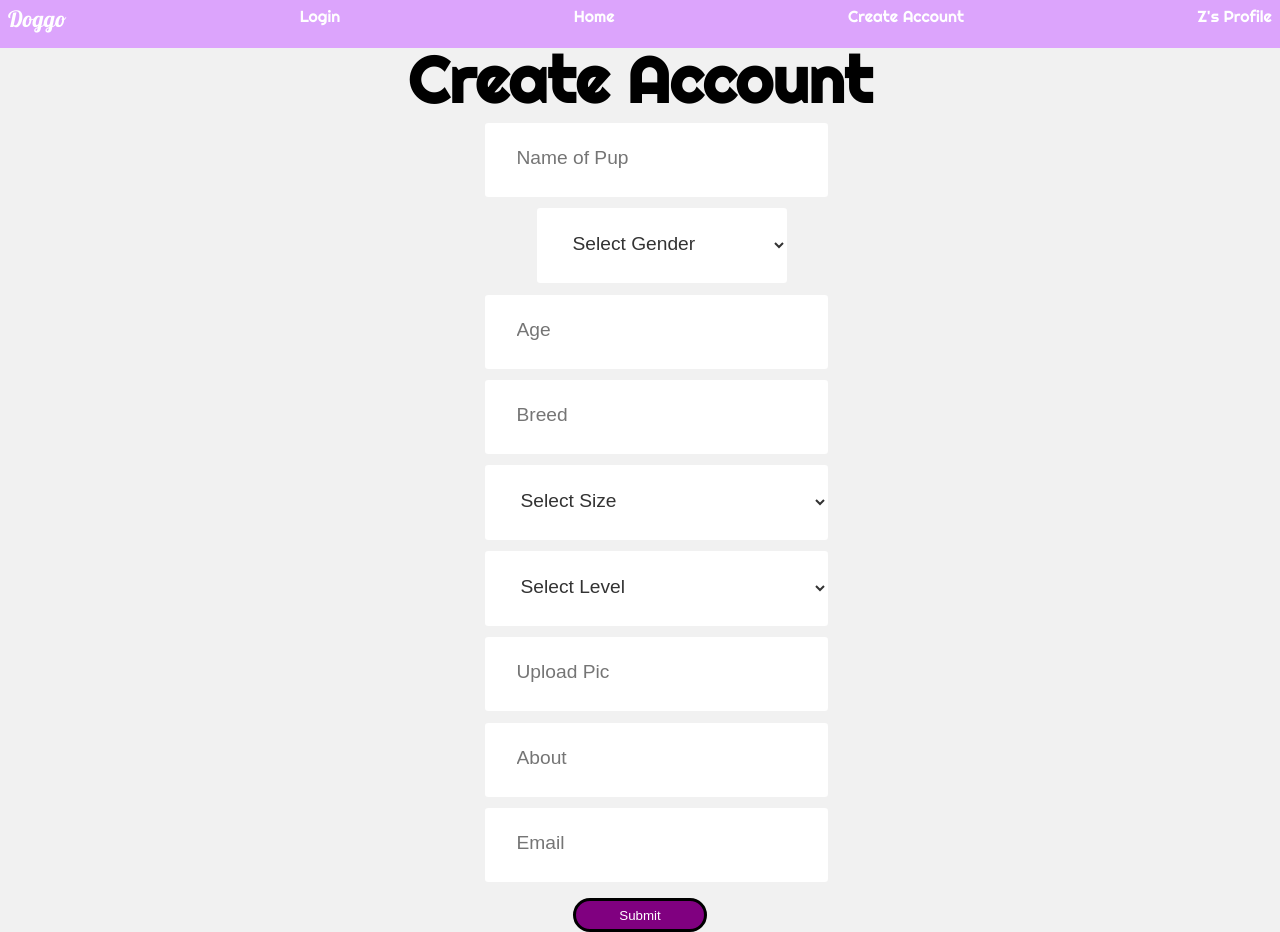
Repository: rh1456/capstone
Page: /2
The author's editor kept a copy of each file at every save. The page is drawn from the files as they stood at one save, then again after the next save.
The browser window is 1280 px wide. The pictures show the whole page.
Some web libraries are served in a nearby version. The project was rebuilt for these pictures with package versions that can differ from the ones it lists, and the page was loaded fresh each time. Also part of the build but not shown: src/pages/MainPage.jsx, src/pages/DoggoLandingPage.jsx, src/pages/DogProfile.jsx, src/pages/PlayDateForm.jsx, src/pages/ProfileSettings.jsx.

Above is the page before, as saved 2020-01-11 19:57:14.

### public/index.html
<!DOCTYPE html>
<html lang="en">
  <head>
    <meta charset="utf-8" />
    <link rel="shortcut icon" href="%PUBLIC_URL%/favicon.ico" />
    <meta
      name="viewport"
      content="width=device-width, initial-scale=1, shrink-to-fit=no"
    />
    <meta name="theme-color" content="#000000" />
    <!--
      manifest.json provides metadata used when your web app is added to the
      homescreen on Android. See https://developers.google.com/web/fundamentals/web-app-manifest/
    -->
    <link rel="manifest" href="%PUBLIC_URL%/manifest.json" />
    <!--
      Notice the use of %PUBLIC_URL% in the tags above.
      It will be replaced with the URL of the `public` folder during the build.
      Only files inside the `public` folder can be referenced from the HTML.

      Unlike "/favicon.ico" or "favicon.ico", "%PUBLIC_URL%/favicon.ico" will
      work correctly both with client-side routing and a non-root public URL.
      Learn how to configure a non-root public URL by running `npm run build`.
    -->
    <link
      href="https://fonts.googleapis.com/css?family=Pacifico|Permanent+Marker|Righteous|Roboto&display=swap"
      rel="stylesheet"
    />
    <link
      href="https://fonts.googleapis.com/css?family=Lobster&display=swap"
      rel="stylesheet"
    />
    <script
      src="https://kit.fontawesome.com/d7373701d1.js"
      crossorigin="anonymous"
    ></script>
    <title>Capstone</title>
  </head>
  <body>
    <noscript>
      You need to enable JavaScript to run this app.
    </noscript>
    <div id="root"></div>
    <!--
      This HTML file is a template.
      If you open it directly in the browser, you will see an empty page.

      You can add webfonts, meta tags, or analytics to this file.
      The build step will place the bundled scripts into the <body> tag.

      To begin the development, run `npm start` or `yarn start`.
      To create a production bundle, use `npm run build` or `yarn build`.
    -->
  </body>
</html>

### src/index.js
import React from 'react'
import ReactDOM from 'react-dom'
import './index.css'
// import './styles.scss'
import App from './App'

ReactDOM.render(<App />, document.getElementById('root'))

### src/index.css
@media (min-width: 320px) and (max-width: 480px) {
  :root {
    font: 16px / 1 sans-serif;
  }

  html {
    height: 100%;
  }
  body {
    margin: 0;
    min-height: 100%;
    background-color: #f1f1f1;
    font-family: 'Righteous', cursive;
  }
  .nav-bar-ul {
    display: flex;
    flex-direction: row;
    justify-content: space-between;
    margin: 0;
    height: 3rem;
    background-color: #dca4fc;
    padding: 0;
  }
  .main-nav-li {
    list-style: none;
    padding: 0.5rem;
    color: white;
  }
  .nav-logo {
    font-size: 1.4rem;
    font-family: 'Lobster', cursive;
  }
  .Nav-link {
    color: white;
    text-decoration: none;
  }
  /* Dog profile Stylings */
  .dog-profile-image {
    display: flex;
    justify-content: center;
    /* border-bottom: solid lightgrey; */
  }
  .before-div {
    border: solid black;
    display: block;
    height: 18px;
    border-radius: 50% 50% 0 0;

    bottom: calc(100% - 10px);
    right: -5px;
    left: -5px;
    background-color: blue;
  }
  .profile-image {
    height: 12rem;
    width: 8rem;
    margin: 0;
    border-radius: 8px;
    margin: 0.7rem;
  }
  .profile-about {
    display: flex;
    flex-direction: column;
    height: 5rem;
    font-size: 0.7rem;
  }
  .profile-about h1 {
    align-self: center;
  }
  .profile-about span {
    align-self: center;
    padding: 0.1rem;
  }
  .in-between {
    border-top: solid lightgrey;
    border-bottom: solid lightgrey;
    height: 3rem;
    display: flex;
    justify-content: center;
  }
  .main-about {
    border-bottom: solid lightgrey;
  }
  .profile-logo {
    margin: 0.5rem;
    height: 2rem;
    width: auto;
  }
  .meet {
    display: flex;
    flex-direction: column;
  }
  .meet h1 {
    align-self: center;
  }
  .meet p {
    padding: 1rem;
    font-size: 0.9rem;
    align-self: center;
  }
  .small-pro-pic {
    align-self: center;
    height: 4rem;
    width: auto;
    border: 2px solid black;
    border-radius: 50%;
    margin-top: 0.8rem;
  }
  .match-button {
    align-self: center;
    background-color: purple;
    height: 1.8rem;
    width: 8rem;
    border-radius: 25px;
    border: 3px solid black;
    color: white;
  }
  .playdate-link {
    color: white;
    text-decoration: none;
  }

  /* Dog Landing Stylings */
  .doggo-landing-body {
    margin: 0;
    min-height: 100%;
    background-color: #f1f1f1;
    font-family: 'Righteous', cursive;
  }
  .landing-page-logo {
    display: flex;
    justify-content: center;
    align-content: center;
    flex-direction: column;
  }
  .doggo-logo {
    height: 180px;
    width: 238px;
    align-self: center;
  }
  .doggo-text-section {
    padding-top: 2rem;
    padding-bottom: 2rem;
  }
  .doggo-text {
    display: flex;
    justify-content: center;
    align-content: center;
    font-size: 2rem;
    font-family: 'Lobster', cursive;
  }

  .landing-button {
    display: flex;
    justify-content: center;
    align-content: center;
  }
  .create-account {
    background-color: purple;
    height: 3rem;
    width: 15rem;
    border-radius: 25px;
    border: 3px solid black;
    color: white;
    font-family: 'Roboto', sans-serif;
  }
  .create-account-link {
    color: white;
    text-decoration: none;
    font-style: bold;
  }
  .existing-users {
    display: flex;
    padding-top: 3rem;
    justify-content: center;
    align-content: center;
  }
  /* Create Account Stylings */

  /* Newsfeed Stylings */
  .h1-container {
    display: flex;
    justify-content: center;
    font-size: 0.8rem;
    color: purple;
    height: 1rem;
    font-family: 'Lobster', cursive;
  }
  .newsfeed-header {
    display: flex;
    flex-direction: row;
    flex-wrap: nowrap;
    align-items: stretch;
    overflow-x: auto;
    overflow-y: hidden;
    border-bottom: solid lightgrey;
    height: 8rem;
  }
  .friend-card {
    border: solid black;
    align-self: center;
    margin: 1rem 3rem;
    padding-left: 0.8rem;
    padding-right: 0.8rem;
    border-radius: 0.5rem;
    flex-basis: 33.33%;
    flex-grow: 0;
    flex-shrink: 0;
    height: 4.7rem;
    /* width: 1rem; */
  }

  .welcome-user-message {
    display: flex;
    justify-content: center;
    font-size: 0.7rem;
    border-bottom: solid lightgrey;
  }
  .newsfeed-parent {
    display: flex;
    /* align-items: center; */
    flex-direction: column;
    margin: 1rem;
  }
  .newsfeed {
    /* align-items: stretch; */
    /* display: flex;
    flex-direction: column;
    flex-wrap: nowrap; */
    /* display: flex;
    justify-content: center; */
    width: 300px;
    height: 500px;
    overflow-y: scroll;
    overflow-x: hidden;
  }
  .card {
    max-width: 33.33%;
    padding: 0.75rem;
    margin-bottom: 2rem;
    border: 0;
    /* flex-basis: 33.33%;
    flex-grow: 0;
    flex-shrink: 0; */
  }
  .newsfeed-nav-ul {
    display: flex;
    flex-direction: row;
    font-size: smaller;
    font-style: italic;
    margin: 0rem;
    height: 2rem;
  }
  .newsfeed-nav-li {
    list-style: none;
    margin: 0;
    padding: 1rem;
  }
  .settings-link {
    text-decoration: none;
    color: black;
  }
  .mapbox {
    align-self: center;
    border: solid black;
    height: 6rem;
    width: 6rem;
  }
  /* Playdate form stylings  */

  .playdate-header {
    display: flex;
    justify-content: center;
    margin: 1.5rem;
  }
  .playdate-main {
    display: flex;
    flex-direction: column;
  }
  .playdate-input {
    align-self: center;
    margin: 0.5rem;
  }
  .form-date-submit-button {
    margin-top: 1rem;
    align-self: center;
    background-color: purple;
    height: 1.8rem;
    width: 8rem;
    border-radius: 25px;
    border: 3px solid black;
    color: white;
  }
  /* //Profile setting styling// */
}

/* End of mobile query  */

:root {
  font: 16px / 1 sans-serif;
}

html {
  height: 100%;
}
body {
  margin: 0;
  min-height: 100%;
  background-color: #f1f1f1;
  font-family: 'Righteous', cursive;
}
.nav-bar-ul {
  display: flex;
  flex-direction: row;
  justify-content: space-between;
  margin: 0;
  height: 3rem;
  background-color: #dca4fc;
  padding: 0;
}
.main-nav-li {
  list-style: none;
  padding: 0.5rem;
  color: white;
}
.nav-logo {
  padding: 0.5rem;
  color: white;
  font-size: 1.4rem;
  font-family: 'Lobster', cursive;
}
.Nav-link {
  color: white;
  text-decoration: none;
}
/* Dog profile Stylings */
.dog-profile-image {
  display: flex;
  justify-content: center;
  /* border-bottom: solid lightgrey; */
}
.before-div {
  border: solid black;
  display: block;
  height: 18px;
  border-radius: 50% 50% 0 0;

  bottom: calc(100% - 10px);
  right: -5px;
  left: -5px;
  background-color: blue;
}
.profile-image {
  height: 12rem;
  width: 8rem;
  margin: 0;
  border-radius: 8px;
  margin: 0.7rem;
}
.profile-about {
  display: flex;
  flex-direction: column;
  height: 5rem;
  font-size: 0.7rem;
}
.profile-about h1 {
  align-self: center;
}
.profile-about span {
  align-self: center;
  padding: 0.1rem;
}
.in-between {
  border-top: solid lightgrey;
  border-bottom: solid lightgrey;
  height: 3rem;
  display: flex;
  justify-content: center;
}
.main-about {
  border-bottom: solid lightgrey;
}
.profile-logo {
  margin: 0.5rem;
  height: 2rem;
  width: auto;
}
.meet {
  display: flex;
  flex-direction: column;
}
.meet h1 {
  align-self: center;
}
.meet p {
  padding: 1rem;
  font-size: 0.9rem;
  align-self: center;
}
.small-pro-pic {
  align-self: center;
  height: 4rem;
  width: auto;
  border: 2px solid black;
  border-radius: 50%;
  margin-top: 0.8rem;
}
.match-button {
  align-self: center;
  background-color: purple;
  height: 1.8rem;
  width: 8rem;
  border-radius: 25px;
  border: 3px solid black;
  color: white;
}

/* Dog Landing Stylings */
.doggo-landing-body {
  margin: 0;
  min-height: 100%;
  background-color: #f1f1f1;
  font-family: 'Righteous', cursive;
}
.landing-page-logo {
  display: flex;
  justify-content: center;
  align-content: center;
  flex-direction: column;
}
.doggo-logo {
  height: 180px;
  width: 238px;
  align-self: center;
}
.doggo-text-section {
  padding-top: 2rem;
  padding-bottom: 2rem;
}
.doggo-text {
  display: flex;
  justify-content: center;
  align-content: center;
  font-size: 2rem;
}

.landing-button {
  display: flex;
  justify-content: center;
  align-content: center;
}
.create-account {
  background-color: purple;
  height: 3rem;
  width: 15rem;
  border-radius: 25px;
  border: 3px solid black;
  color: white;
  font-family: 'Roboto', sans-serif;
}
.existing-users {
  display: flex;
  padding-top: 3rem;
  justify-content: center;
  align-content: center;
}
/* Create Account Stylings */
.create-account-div {
  display: flex;
  flex-direction: column;
  font-size: 2rem;
}
.submit-account {
  margin-top: 1rem;
  align-self: center;
  background-color: purple;
  height: 1.8rem;
  width: 8rem;
  border-radius: 25px;
  border: 3px solid black;
  color: white;
}

/* Newsfeed Stylings */
.h1-container {
  display: flex;
  justify-content: center;
  font-size: 0.8rem;
  color: purple;
  height: 1rem;
  font-family: 'Lobster', cursive;
}
.newsfeed-header {
  display: flex;
  flex-direction: row;
  flex-wrap: nowrap;
  align-items: stretch;
  overflow-x: auto;
  overflow-y: hidden;
  border-bottom: solid lightgrey;
  height: 8rem;
}
.friend-card {
  border: solid black;
  align-self: center;
  margin: 1rem 3rem;
  padding-left: 0.8rem;
  padding-right: 0.8rem;
  border-radius: 0.5rem;
  flex-basis: 33.33%;
  flex-grow: 0;
  flex-shrink: 0;
  height: 4.7rem;
  width: 1rem;
}
/* .feed-head-left-button,
  .feed-head-right-button {
    display: flex;
    justify-content: center;
    align-content: center;
    color: white;
    font-size: 2rem;
    width: 2.5rem;
    margin: 4rem 0rem;
    background-color: purple;
    border: none;
  }
  .feed-head-left-button {
    border-radius: 0rem 1rem 1rem 0rem;
  }
  .feed-head-right-button {
    border-radius: 1rem 0rem 0rem 1rem;
  }  */
.welcome-user-message {
  display: flex;
  justify-content: center;
  font-size: 0.7rem;
  border-bottom: solid lightgrey;
}
.newsfeed-parent {
  display: flex;
  justify-content: center;
  align-content: center;
}
.newsfeed {
  align-items: stretch;
  display: flex;
  flex-direction: column;
  flex-wrap: nowrap;
  display: flex;
  justify-content: center;
  width: 120px;
  height: 400px;
  overflow-y: scroll;
  overflow-x: hidden;
}
.card {
  max-width: 33.33%;
  padding: 0.75rem;
  margin-bottom: 2rem;
  border: 0;
  /* flex-basis: 33.33%;
    flex-grow: 0;
    flex-shrink: 0; */
}

### src/App.jsx
import React from 'react'
import { BrowserRouter as Router, Link, Route, Switch } from 'react-router-dom'
import MainPage from './pages/MainPage'
import DoggoLandingPage from './pages/DoggoLandingPage'
import CreateAccount from './pages/CreateAccount'
import DogProfile from './pages/DogProfile'
import PlayDateForm from './pages/PlayDateForm'
import ProfileSettings from './pages/ProfileSettings'
const App = () => {
  return (
    <Router>
      <header>
        <nav>
          <ul className="nav-bar-ul">
            <li className="nav-logo">Doggo</li>
            <li className="main-nav-li">
              <Link className="Nav-link" to="/">
                Login
              </Link>
            </li>
            <li className="main-nav-li">
              <Link className="Nav-link" to="/1">
                Home
              </Link>
            </li>
            <li className="main-nav-li">
              <Link className="Nav-link" to="/2">
                Create Account
              </Link>
            </li>
            <li className="main-nav-li">
              <Link className="Nav-link" to="/3">
                Z's Profile
              </Link>
            </li>
          </ul>
        </nav>
      </header>
      <Switch>
        <Route exact path="/" component={DoggoLandingPage}></Route>
        <Route exact path="/1" component={MainPage}></Route>
        <Route exact path="/2" component={CreateAccount}></Route>
        <Route path="/3" component={DogProfile}></Route>
        <Route path="/4" component={PlayDateForm}></Route>
        <Route path="/5" component={ProfileSettings}></Route>
      </Switch>
    </Router>
  )
}

export default App

### src/pages/CreateAccount.jsx
import React, { useEffect, useState } from 'react'
import './createAccount.css'

const CreateAccount = () => {
  const [name, setName] = useState('')
  const [gender, setGender] = useState('')
  const [age, setAge] = useState('')
  const [breed, setBreed] = useState('')
  const [size, setSize] = useState('')
  const [about, setAbout] = useState('')
  const [email, setEmail] = useState('')
  return (
    <div className="create-account-div">
      <h1 className="create-account-h1">Create Account</h1>
      <section className="create-account-details">
        <label className="create-label" htmlFor="dogs-name"></label>
        <input
          className="create-input"
          type="text"
          placeholder="Name of Pup"
        ></input>
      </section>
      <section className="create-account-details">
        <label className="create-label" htmlFor="gender"></label>
        <select className="create-input" type="text" placeholder="Gender">
          <option value="selectGender">Select Gender</option>
          <option value="male">Male</option>
          <option value="female">Female</option>
        </select>
      </section>
      <section className="create-account-details">
        <label className="create-label" htmlFor="Age"></label>
        <input className="create-input" placeholder="Age" input="text"></input>
      </section>
      <section className="create-account-details">
        <label className="create-label" htmlFor="Breed"></label>
        <input
          className="create-input"
          placeholder="Breed"
          input="text"
        ></input>
      </section>
      <section className="create-account-details">
        <label className="create-label" htmlFor="size"></label>
        <select className="create-input" type="text">
          <option value="">Select Size</option>
          <option value="small">Small</option>
          <option value="medium">Medium</option>
          <option value="large">Large</option>
        </select>
        <section className="create-account-details">
          <label className="create-label" htmlFor="energy"></label>
          <select className="create-input" type="text">
            <option value="">Select Level</option>
            <option value="hyper">Hyper</option>
            <option value="tame">Tame</option>
          </select>
          <section className="create-account-details">
            <label className="create-label" htmlFor="img"></label>
            <input
              placeholder="Upload Pic"
              className="create-input"
              type="url"
            ></input>
          </section>
          <section className="create-account-details">
            <label className="create-label" htmlFor="About"></label>
            <input
              className="create-input"
              placeholder="About"
              type="text"
            ></input>
          </section>
          <section className="create-account-details"></section>
          <label className="create-label" htmlFor="username"></label>
          <input
            placeholder="Email"
            className="create-input"
            type="text"
          ></input>
        </section>
      </section>
      <button className="submit-account">Submit</button>
    </div>
  )
}

export default CreateAccount

### src/pages/createAccount.css
*,
*::after,
*::before {
  margin: 0;
  padding: 0;
  box-sizing: inherit;
  font-size: 62, 5%;
}

.create-account-div {
  /* height: 100vh;
  width: 100%; */
  /* background: #0f2027; /* fallback for old browsers */
  /* background: linear-gradient(to right, #2c5364, #203a43, #0f2027); */
  display: flex;
  justify-content: center;
  align-items: center;
  /* height: 100vh; */
  color: black;
}
.create-label {
  font-size: 1.2rem;
  margin-left: 2rem;
  margin-top: 0.7rem;
  display: block;
  transition: all 0.3s;
  transform: translateY(0rem);
}
.create-input {
  color: #333;
  font-size: 1.2rem;
  margin: 0 auto;
  padding: 1.5rem 2rem;
  border-radius: 0.2rem;
  background-color: rgb(255, 255, 255);
  border: none;
  width: 90%;
  display: block;
  border-bottom: 0.3rem solid transparent;
  transition: all 0.3s;
}

.form__input:placeholder-shown + .form__label {
  opacity: 0;
  visibility: hidden;
  -webkit-transform: translateY(-4rem);
  transform: translateY(-4rem);
}

.submit-account {
  margin-top: 1rem;
  align-self: center;
  background-color: purple;
  height: 1.8rem;
  width: 8rem;
  border-radius: 25px;
  border: 3px solid black;
  color: white;
}
.existing-users-link {
  font-style: italic;
  text-decoration: none;
}

### src/pages/profileSettings.css
*,
*::after,
*::before {
  margin: 0;
  padding: 0;
  box-sizing: inherit;
  font-size: 62, 5%;
}
.update-account-details {
  display: flex;
  margin: 1rem;
  justify-content: center;
  align-items: center;
  /* height: 100vh; */
  color: black;
}

.update-label {
  font-size: 1.2rem;
  margin-left: 2rem;
  margin-top: 0.7rem;

  display: block;
  transition: all 0.3s;
  transform: translateY(0rem);
}
.basic-slide {
  color: #333;
  font-size: 1.2rem;
  margin: 0 auto;
  padding: 1rem;
  border-radius: 0.2rem;
  background-color: rgb(255, 255, 255);
  border: none;
  width: 90%;
  display: block;
  border-bottom: 0.3rem solid transparent;
  transition: all 0.3s;
}
.basic-slide:placeholder-shown + .update-label {
  opacity: 3;
  visibility: hidden;
  -webkit-transform: translateY(-4rem);
  transform: translateY(-4rem);
}
.setting-header {
  display: flex;
  justify-content: center;
  align-items: center;
  flex-direction: column;
}
.settings-p {
  font-size: 2rem;
  margin: 2rem;
}
span {
  margin: 1rem;
}

After the next save:
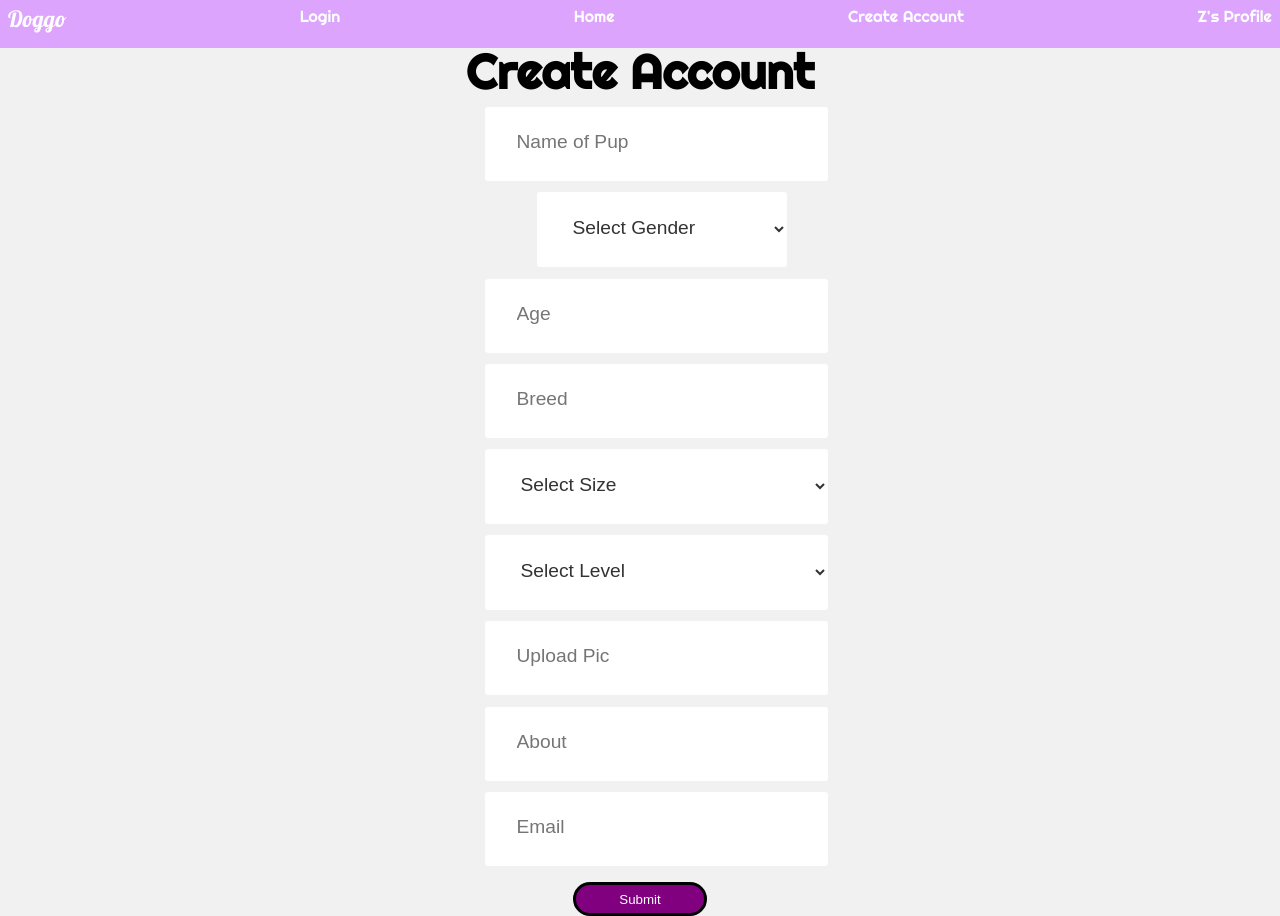
Saved 43 s later.
--- a/src/pages/CreateAccount.jsx
+++ b/src/pages/CreateAccount.jsx
@@ -11,7 +11,9 @@ const CreateAccount = () => {
   const [email, setEmail] = useState('')
   return (
     <div className="create-account-div">
-      <h1 className="create-account-h1">Create Account</h1>
+      <section className="create-account-head">
+        <h1 className="create-account-h1">Create Account</h1>
+      </section>
       <section className="create-account-details">
         <label className="create-label" htmlFor="dogs-name"></label>
         <input
